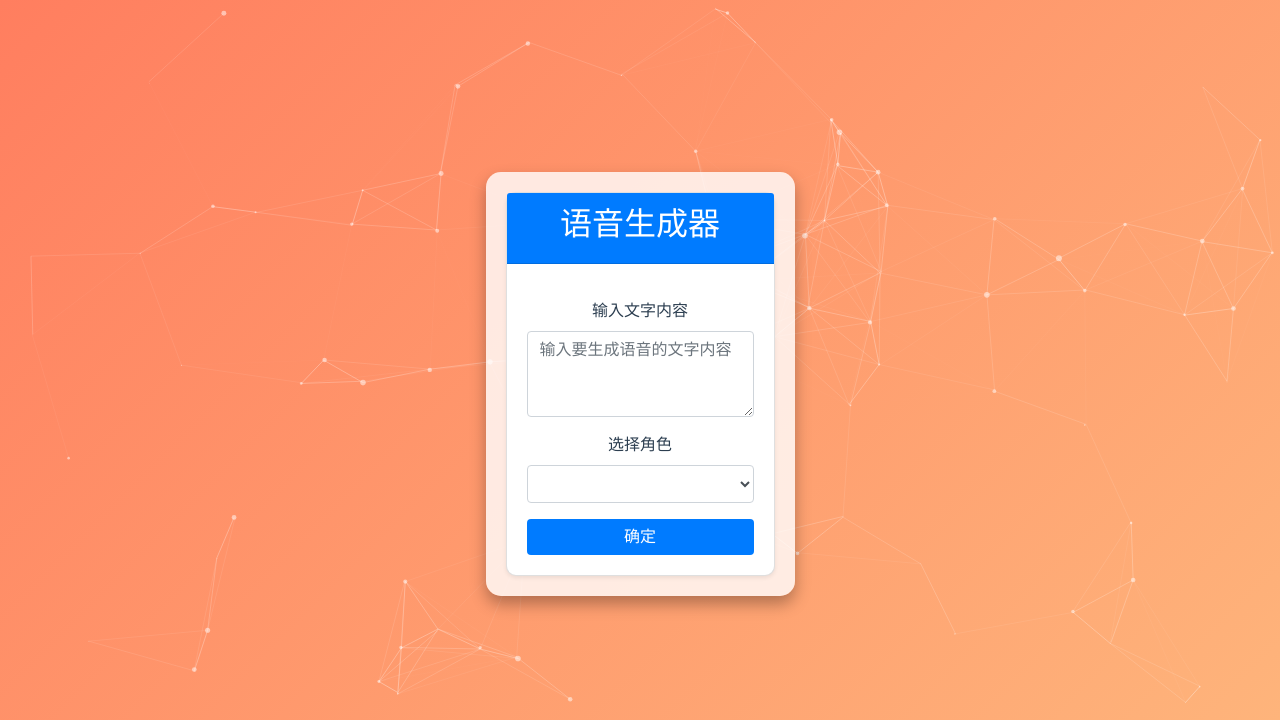
Repository: escapistmost/VOICE
Page: /
These files come from the project's save history. The page is drawn as it stood at one moment and after a run of saves; the edit follows.
The browser window is 1280 px wide. The pictures show the whole page.
The project was rebuilt for these pictures with package versions that can differ from the ones it lists, and the page was loaded fresh each time. Also part of the build but not shown: vue.config.js.

Above is the page before, as saved 2024-06-01 18:44:32.

After the next 2 saves:
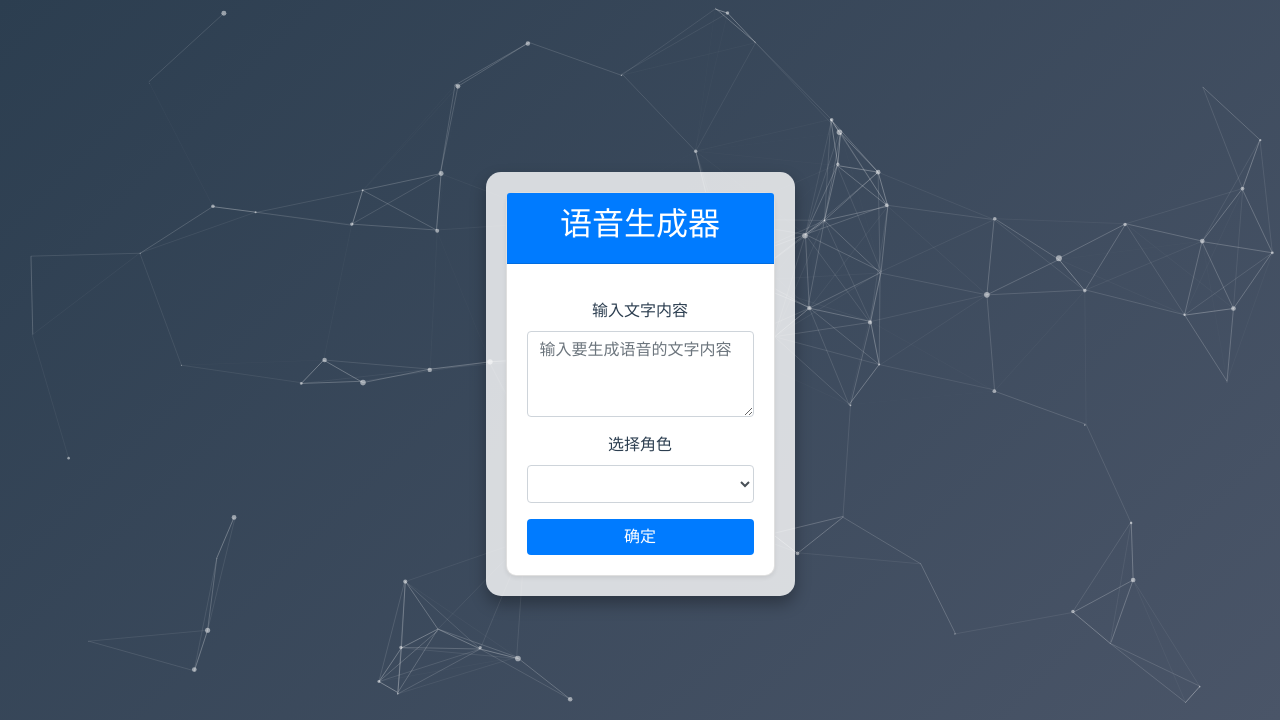
The 2 saves are shown as one change because they came seconds apart.
The last was saved 60 s later.
--- a/public/style.css
+++ b/public/style.css
@@ -7,7 +7,7 @@ body {
     position: absolute;
     width: 100%;
     height: 100%;
-    background: linear-gradient(135deg, #ff7e5f 0%, #feb47b 100%);
+    background: linear-gradient(135deg, #2c3e50 0%, #4a5568 100%);
     background-size: cover;
     z-index: -1;
   }
